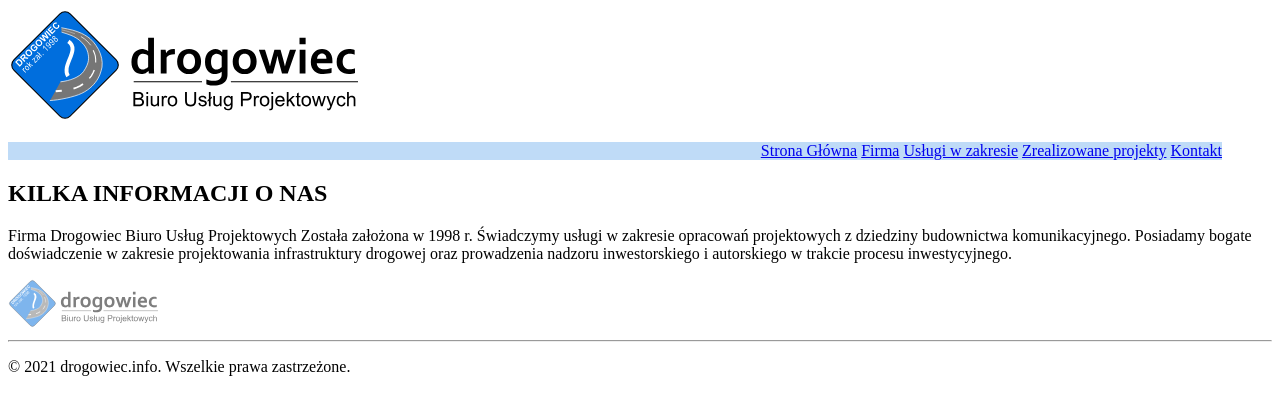
Repository: AdamBodzak/WTF_v2
Page: index.html
The author's editor kept a copy of each file at every save. The page is drawn from the files as they stood at one save, then again after the next save.
The browser window is 1280 px wide. The pictures show the whole page.

Above is the page before, as saved 2021-01-06 14:24:48.

### index.html
<!DOCTYPE html>
<html lang="pl">
<head>
    <meta charset="UTF-8">
    <meta name="viewport" content="width=device-width, initial-scale=1.0">
    <link rel="stylesheet" href="style.css" type="text/css">
    <title>DROGOWIEC Biuro Usług Projektowych</title>
</head>
<body>
    <main>
        <header>
                <a href="index.html">
                    <img id="logo" src="./img/Logo.svg" alt="Logo image">
                </a>
            <nav>
                <ul id="nawigationBar">
                    <li class="menuItem"> <a href="#"> Strona Główna</a></li>
                    <li class="menuItem"> <a href="#"> Firma</a></li>
                    <li class="menuItem"> <a href="#"> Usługi w zakresie</a></li>
                    <li class="menuItem"> <a href="#"> Zrealizowane projekty</a></li>
                    <li class="menuItem"> <a href="#"> Kontakt</a></li>
                </ul>
            </nav>
        </header>
            <section>
                <h1>KILKA INFORMACJI O NAS</h1>
                <p>
                    Firma Drogowiec Biuro Usług Projektowych Została założona w 1998 r.
                    Świadczymy usługi w zakresie opracowań projektowych z dziedziny budownictwa
                    komunikacyjnego. Posiadamy bogate doświadczenie w zakresie projektowania infrastruktury
                    drogowej oraz prowadzenia nadzoru inwestorskiego i autorskiego w trakcie procesu inwestycyjnego.
                </p>
            </section>
        <footer>
            <div>
                <img id="logoFooter" src="./img/Logo.svg" alt="Logo image">
            </div>
            <div id="kontakt">

            </div>
            <hr>
            <p>
                © 2021 drogowiec.info. Wszelkie prawa zastrzeżone.
            </p>
        </footer>
    </main>
</body>
</html>

### style.css
#logo {
    width: 350px;
}

#nawigationBar{
    background-color: #BFDBF7;
    text-align: right;
    margin-right: 50px;
}
.menuItem{
    display: inline-block;
}

#logoFooter {
    width: 150px;
    opacity: 0.5;
}

Loaded but not shown: img/Logo.svg (19 lines, source omitted)

After the next save:
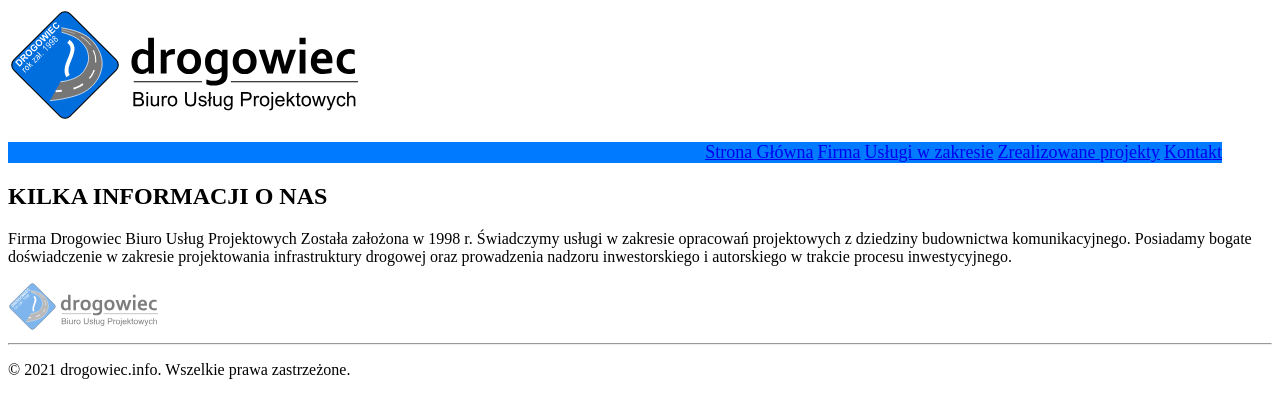
Saved 2 min 15 s later.
--- a/style.css
+++ b/style.css
@@ -3,12 +3,13 @@
 }
 
 #nawigationBar{
-    background-color: #BFDBF7;
+    background-color: #007BFF;
     text-align: right;
     margin-right: 50px;
 }
 .menuItem{
     display: inline-block;
+    font-size: 18px;
 }
 
 #logoFooter {
